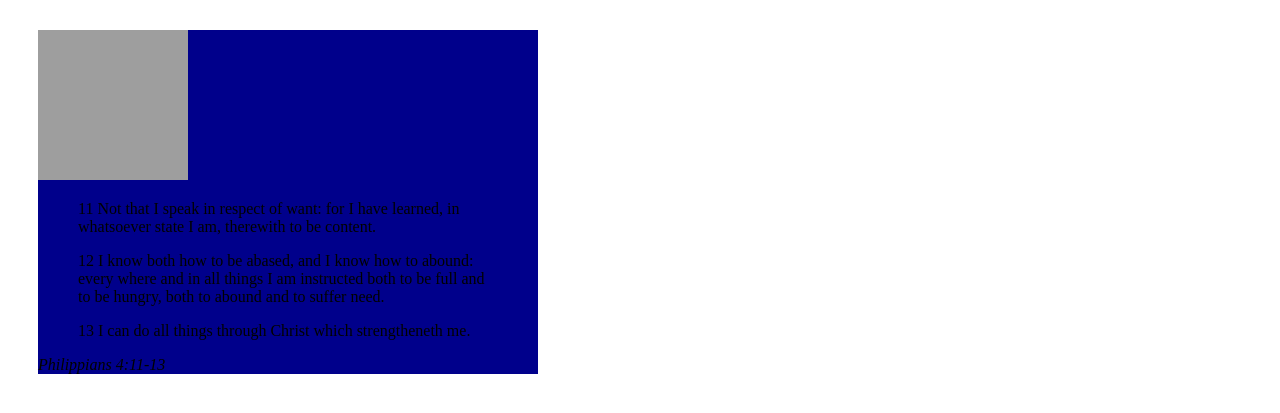
Repository: isaAJ05/wdd130
Page: week02/box-model.html
The author's editor kept a copy of each file at every save. The page is drawn from the files as they stood at one save, then again after a run of saves.
The browser window is 1280 px wide. The pictures show the whole page.
Pictures or frames that could not be fetched are drawn as grey boxes.

Above is the page before, as saved 2025-05-15 00:18:36.

After the next 2 saves:
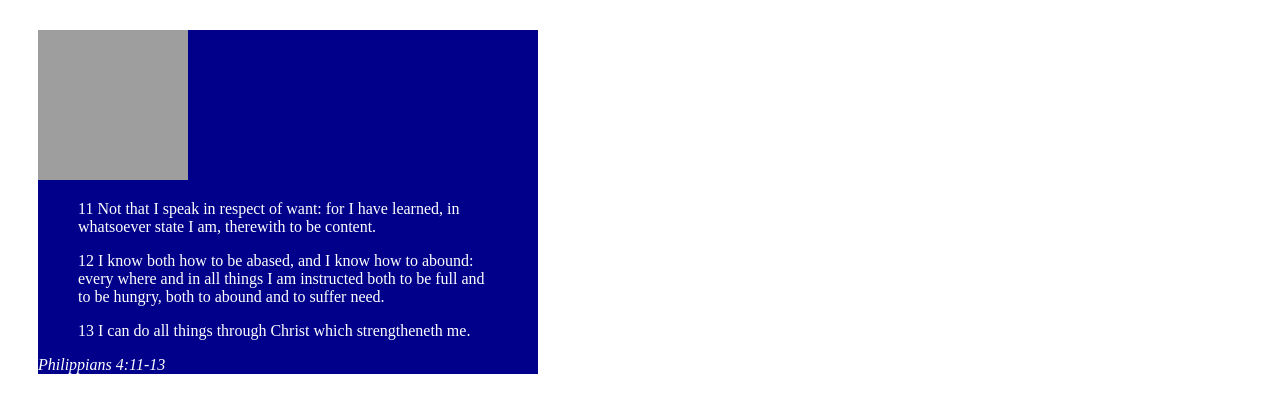
The 2 saves are shown as one change because they came seconds apart.
The last was saved 7 s later.
--- a/week02/styles/box-model.css
+++ b/week02/styles/box-model.css
@@ -4,7 +4,7 @@
     border: ;
     padding: ;
     background-color: darkblue;
-	text-color : white;
+	color : white;
 }
 
 .callout img {
